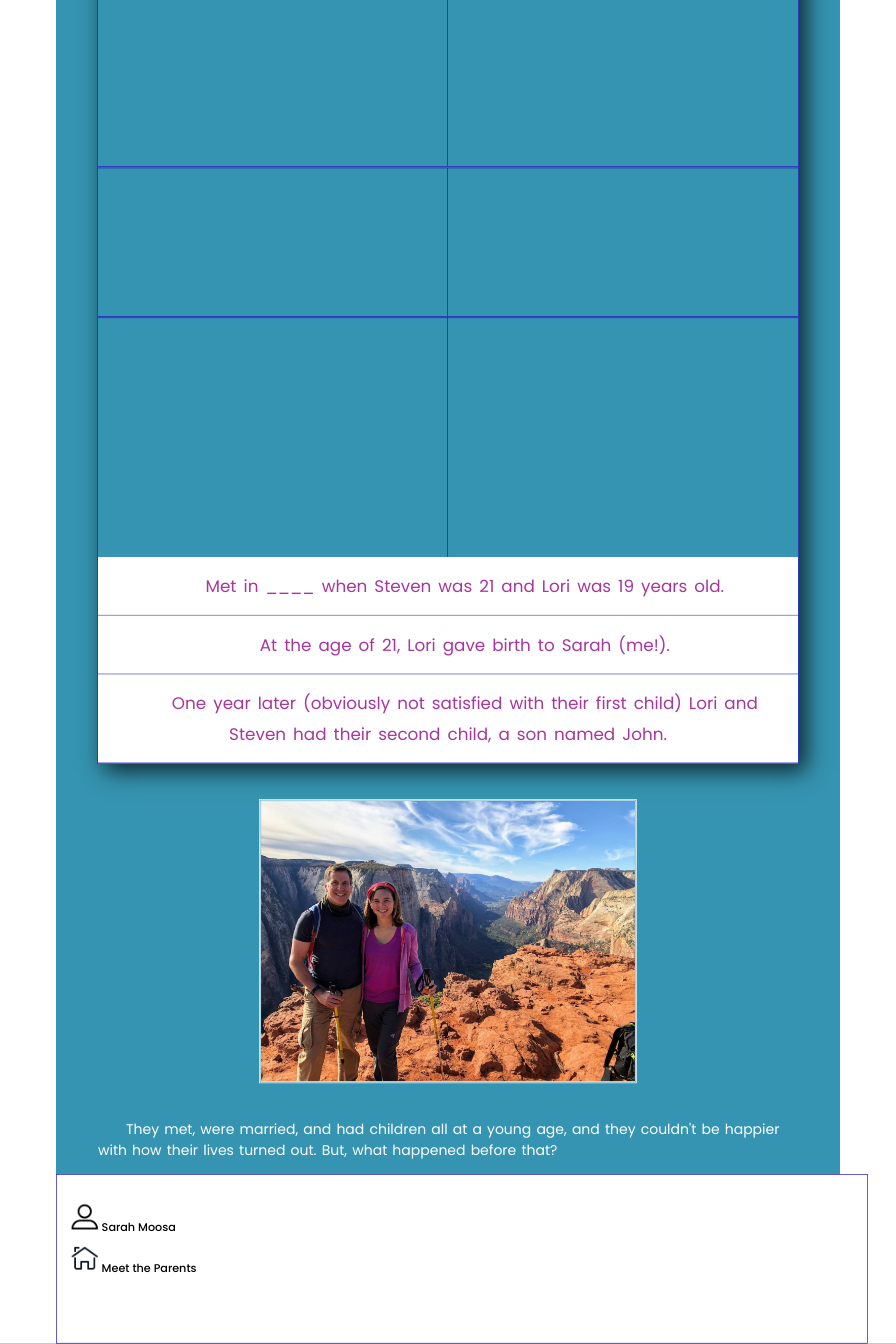
Repository: Sbethm/parents-tribute
Page: timeline.html
These files come from the project's save history. The page is drawn as it stood at one moment and after the next save; the edit follows.
The browser window is 1280 px wide. The pictures show the part of the page from y = 1628 to 3548 px (the page is 3548 px tall before and 3448 px after), at 70% of full size.

Above is the page before, as saved 2021-02-24 13:14:50.

After the next save:
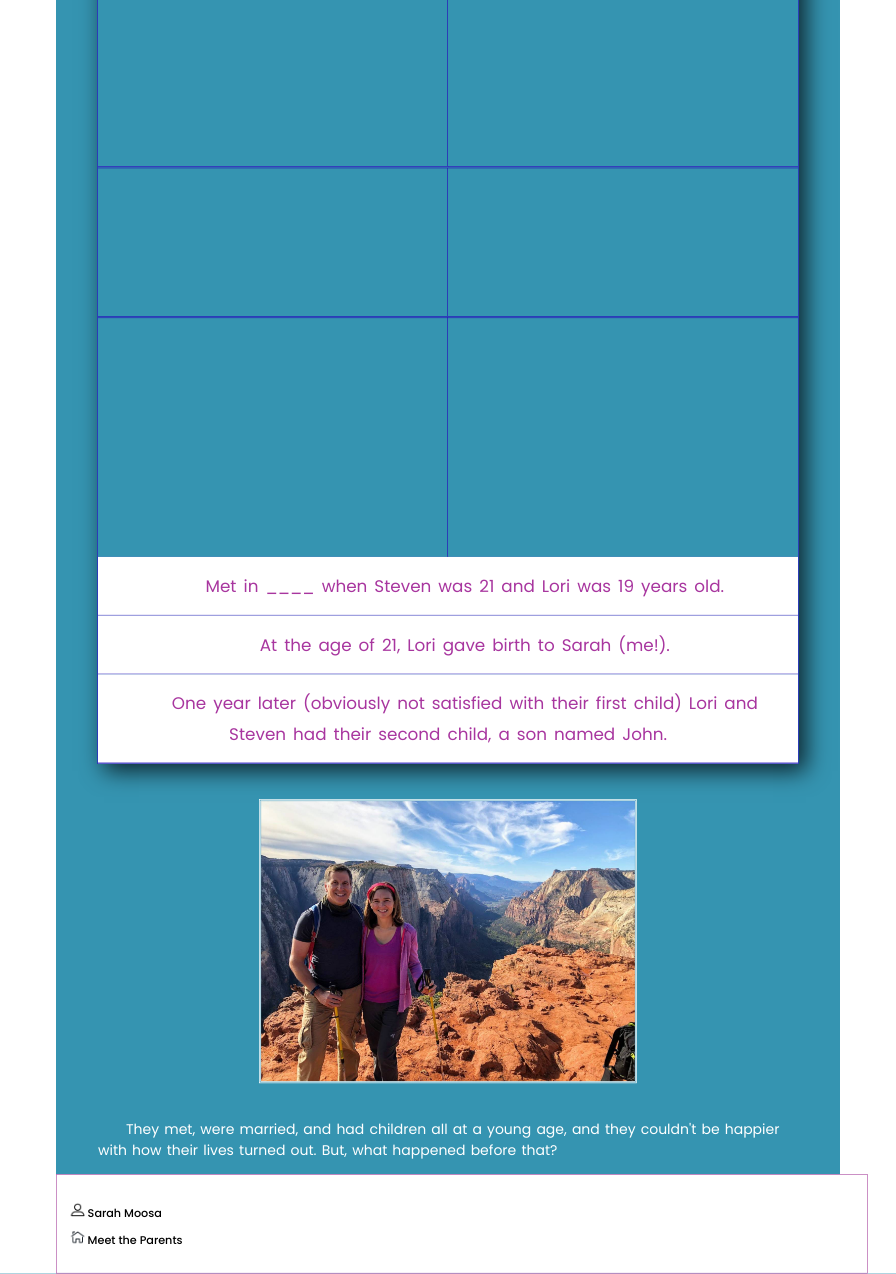
Saved 2 min 13 s later.
--- a/style.css
+++ b/style.css
@@ -853,22 +853,7 @@
     border-left: solid 1px rgb(40, 23, 187);
 }
 
-    footer {
-        width: calc(100vw - 42px);
-        height: 200px;
-        padding: 40px 20px 0 20px;
-        position: relative;
-        bottom: 0;
-        font-family: 'Poppins', sans-serif;
-        font-size: 1em;
-        font-weight: 500;
-        border: solid 1px rgb(40, 23, 187);
-    }
-
-    .icon {
-        width: 40px;
-        height: auto;
-    }
+
 /*LESSON LEARNED CODE iPAD*/
 
 }

After the save that followed:
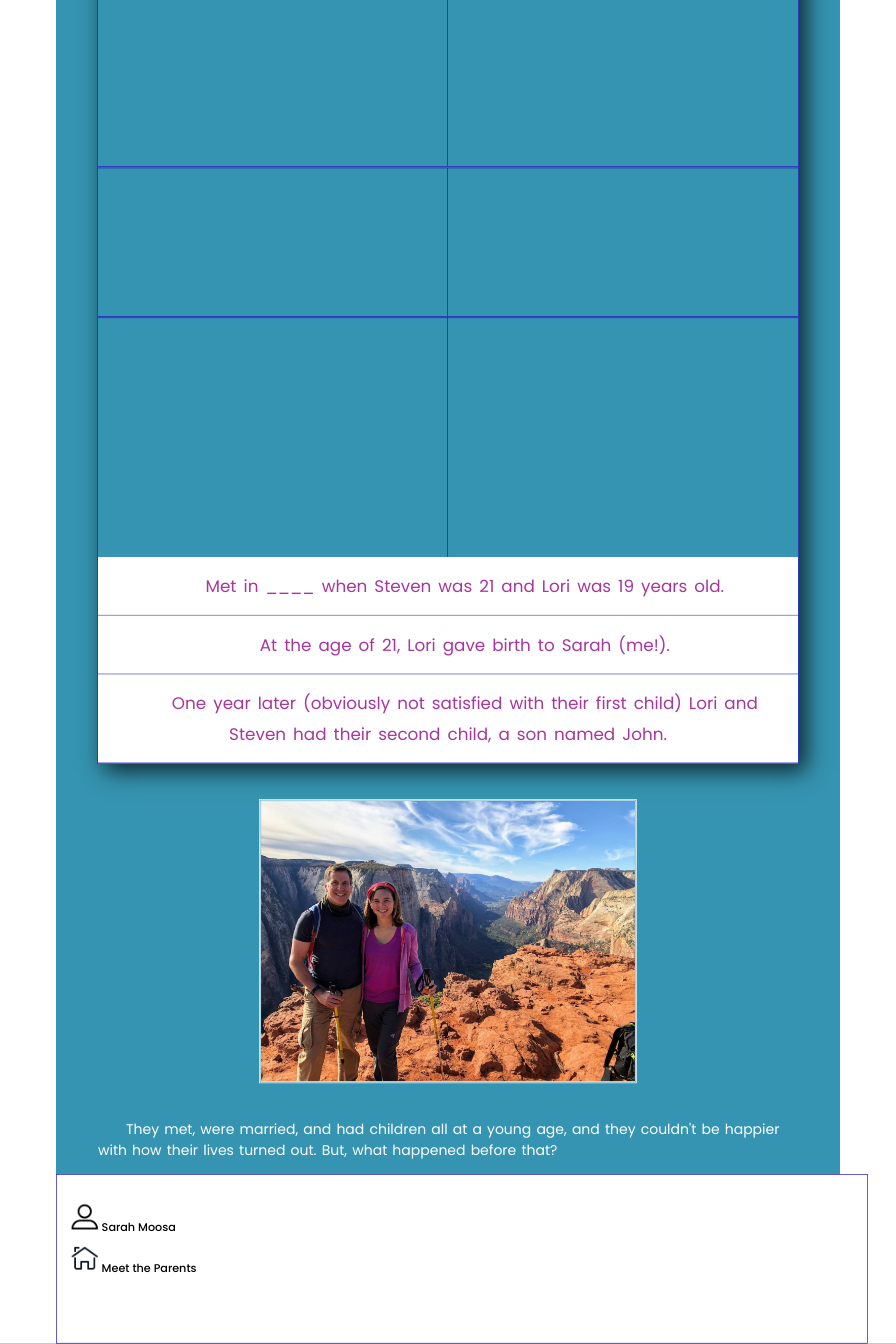
Saved 8 s later.
--- a/style.css
+++ b/style.css
@@ -853,7 +853,22 @@
     border-left: solid 1px rgb(40, 23, 187);
 }
 
-
+    footer {
+        width: calc(100vw - 42px);
+        height: 200px;
+        padding: 40px 20px 0 20px;
+        position: relative;
+        bottom: 0;
+        font-family: 'Poppins', sans-serif;
+        font-size: 1em;
+        font-weight: 500;
+        border: solid 1px rgb(40, 23, 187);
+    }
+
+    .icon {
+        width: 40px;
+        height: auto;
+    }
 /*LESSON LEARNED CODE iPAD*/
 
 }
